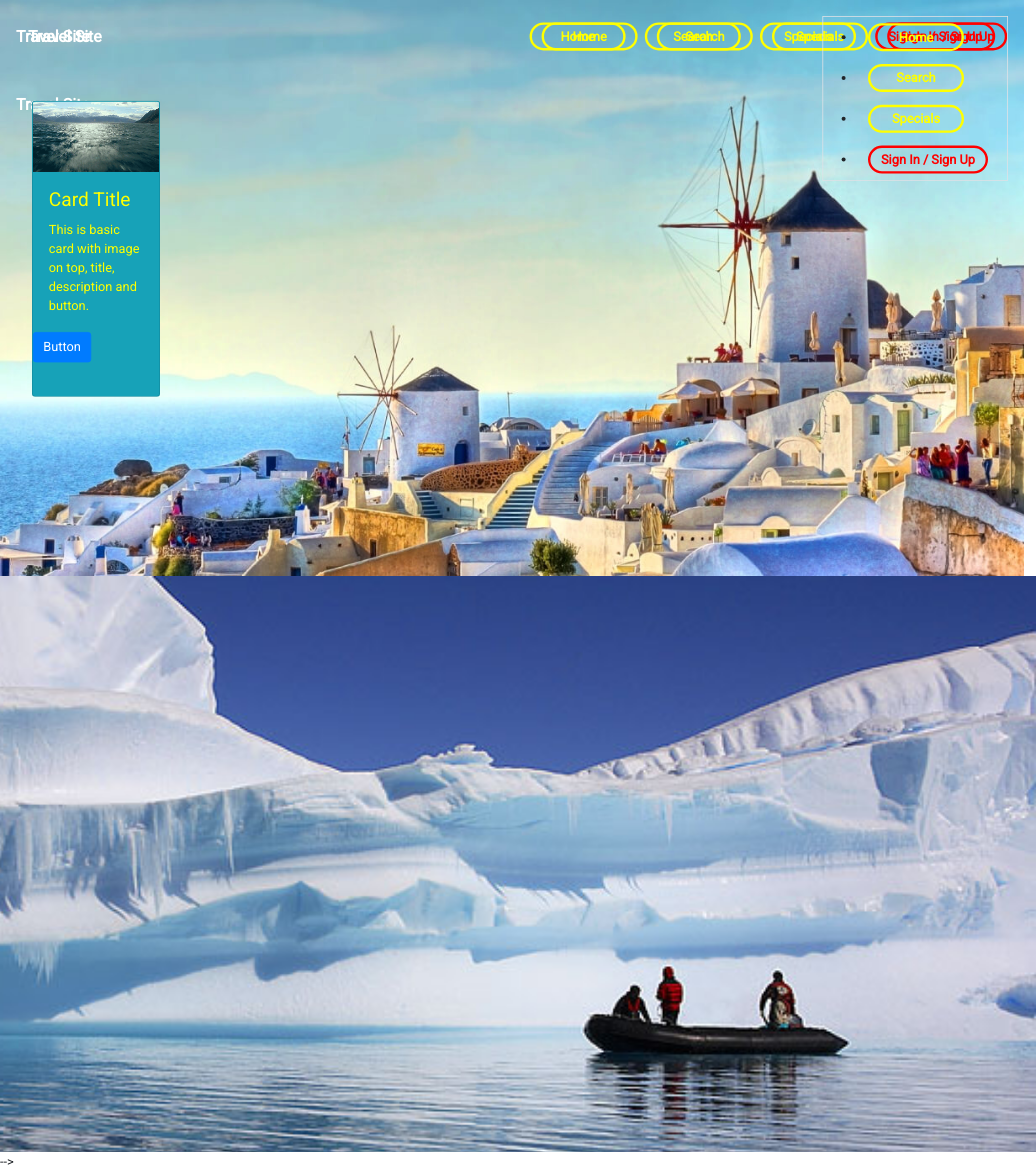
Repository: wpelizzoni/travel-site
Page: index.html
The author's editor kept a record of every edit. The page is drawn from the files as they stood at one moment, then again after the next edit.
The browser window is 1280 px wide. The page is 1295 px wide, so the pictures cover 1295 px, including what lies to the right of the window. The pictures show the whole page, at 80% of full size.

Above is the page before.

After the next edit:
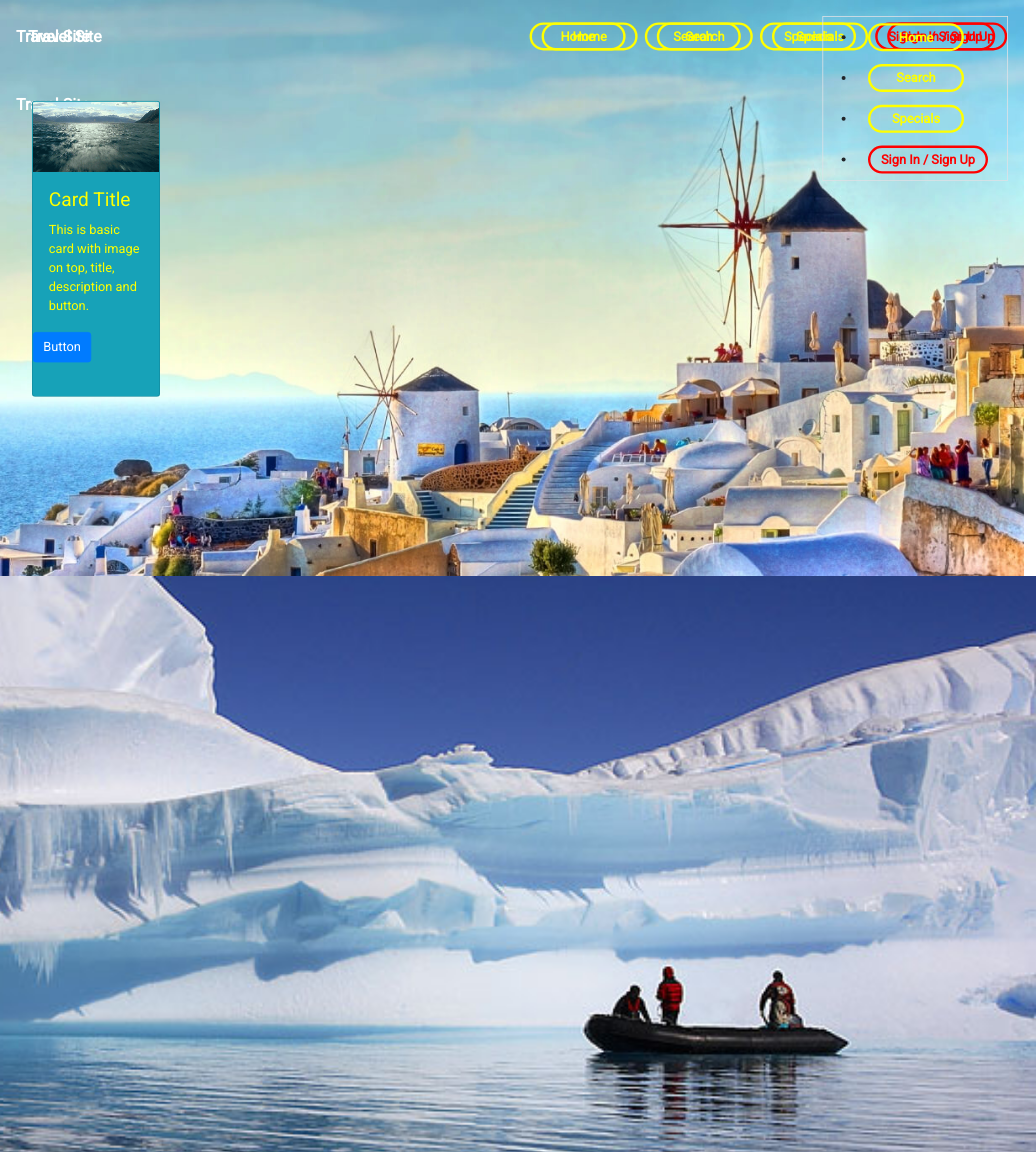
The edit:
--- a/index.html
+++ b/index.html
@@ -147,7 +147,7 @@
                     </ul>
                 </nav>
             </div>
-            -->
+
             <div class="container search-row ">
                 <div class="row " id='search'>
 
